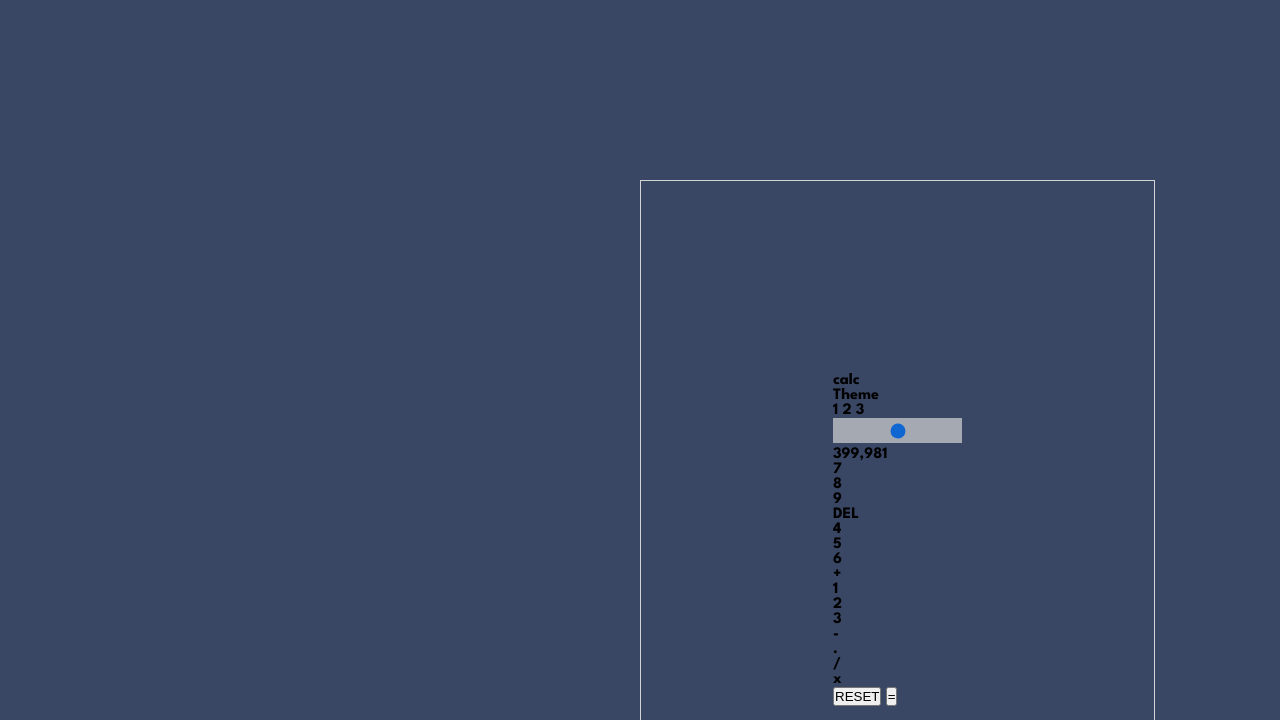
Repository: DevLaukey/calc-with-css-js
Page: index.html
An editor plug-in stored every save of this project. The page is shown before and after the next save, followed by the edit.
The browser window is 1280 px wide. The pictures show the whole page.

Above is the page before, as saved 2022-05-18 12:22:31.

After the next save:
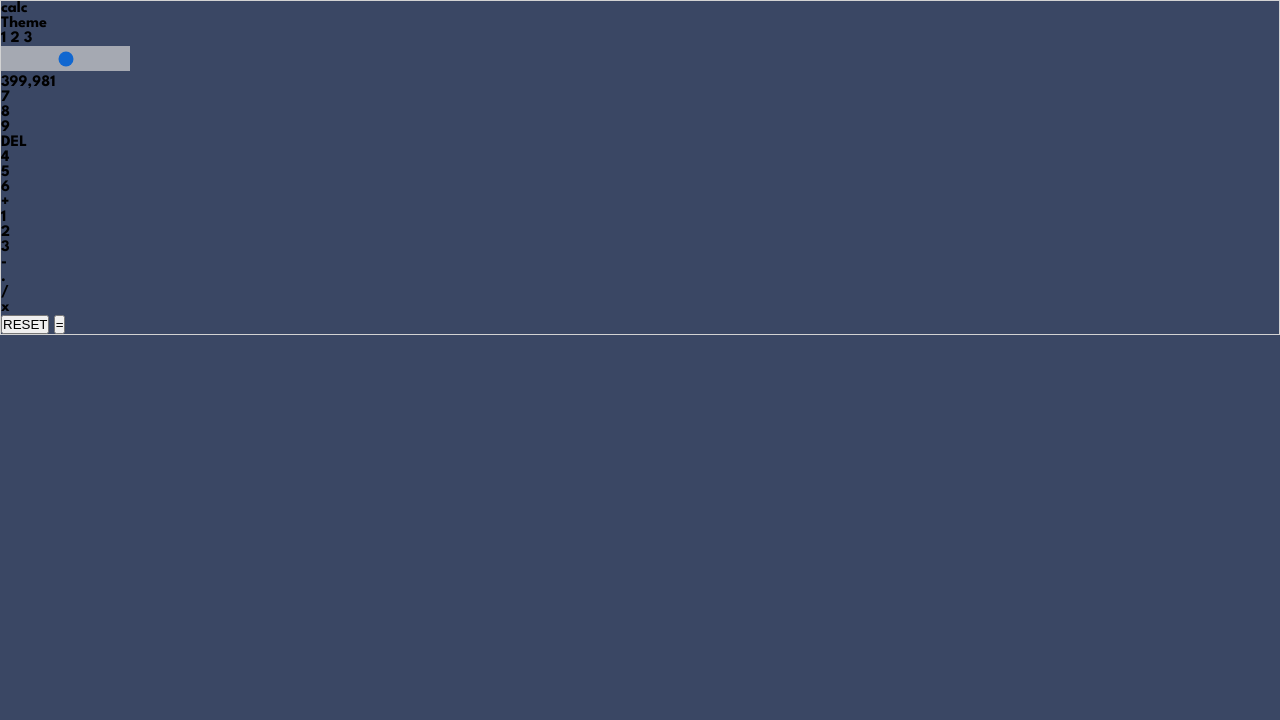
Saved 8 s later.
--- a/styles.css
+++ b/styles.css
@@ -10,9 +10,9 @@ body{
 }
 .body{
     font-family: 'League Spartan', sans-serif;
- position: fixed; /* or absolute */
+ /* position: fixed; /* or absolute */
   top:25%;
-  left: 50%;
+  left: 50%; */
   padding:15%;
   border: 1px solid #d3d3d3;
 
